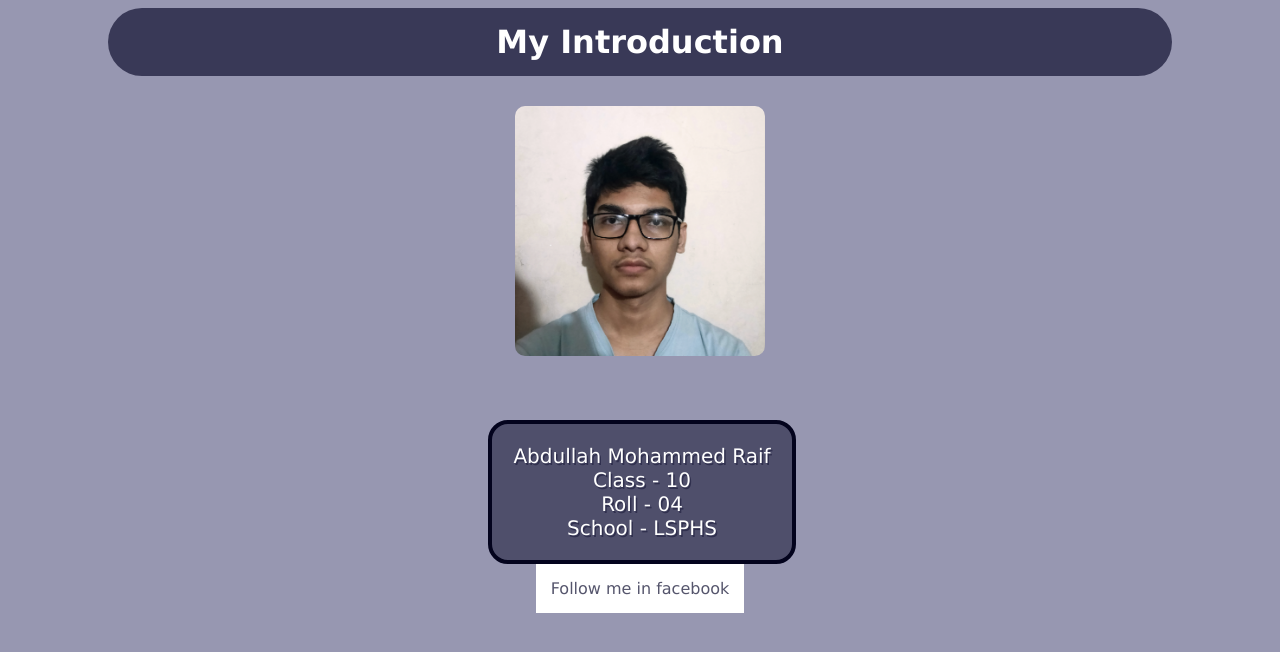
Repository: Raif-007/Portfolio
Page: index.html
The author's editor kept a copy of each file at every save. The page is drawn from the files as they stood at one save, then again after the next save.
The browser window is 1280 px wide. The pictures show the whole page.

Above is the page before, as saved 2021-07-05 17:34:37.

### index.html
<!DOCTYPE html>
<html lang="en">

<head>
    <meta charset="UTF-8">
    <meta http-equiv="X-UA-Compatible" content="IE=edge">
    <meta name="viewport" content="width=device-width, initial-scale=1.0">
    <title>Portfolio</title>
    <link rel="stylesheet" href="styles.css">
</head>

<body>

    <h1>
        My Introduction
    </h1>

    <img id="i01" src="final pic.jpg" alt="raif">


    <div>

        <p>
            Abdullah Mohammed Raif
            <br> Class - 10
            <br> Roll - 04
            <br> School - LSPHS

        </p>


    </div>


    <a href="https://www.facebook.com/raif.chy.58">Follow me in facebook</a>

</body>

</html>

### styles.css
            body {
                background-color: rgba(54, 54, 105, 0.514);
                color: #ffffff;
                font-family: Verdana, Geneva, Tahoma, sans-serif;
                text-align: center;
            }

            h1 {
                background-color: rgba(25, 25, 56, 0.74);
                padding: 15px;
                margin: 0px 100px;
                border-radius: 50px;
            }

            div {
                font-size: 20px;
                border: 4px solid rgb(3, 3, 29);
                width: 300px;
                margin-left: 480px;
                margin-top: 50px;
                background-color: rgba(25, 25, 56, 0.568);
                border-radius: 20px;
                text-shadow: 1.5px 1.5px rgba(25, 25, 56, 0.568);
                margin-bottom: 15px;
            }

            #i01 {
                width: 250px;
                height: 250px;
                margin-top: 30px;
                border-radius: 10px;
                margin-bottom: 10px;
            }

            a:link {
                background-color: #ffffff;
                color: rgba(25, 25, 56, 0.74);
                text-decoration: none;
                padding: 15px;
            }

            a:hover {}

            a:visited {}

            a:active {}

After the next save:
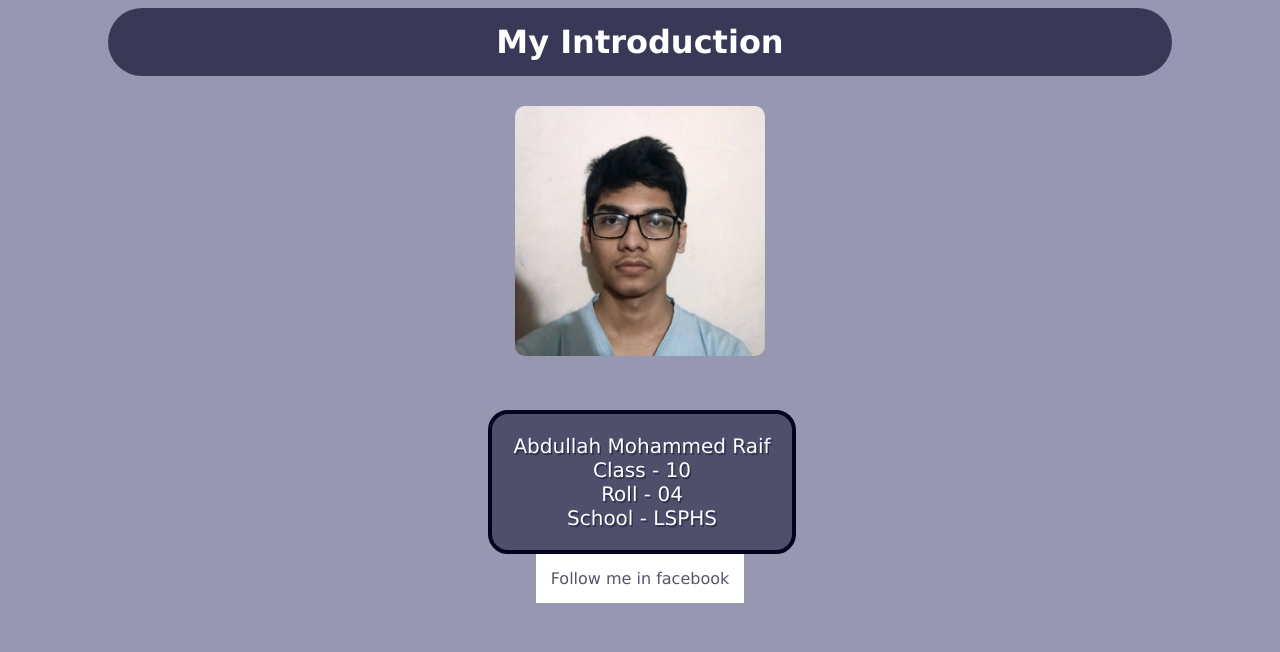
Saved 8 s later.
--- a/styles.css
+++ b/styles.css
@@ -29,7 +29,6 @@
                 height: 250px;
                 margin-top: 30px;
                 border-radius: 10px;
-                margin-bottom: 10px;
             }
 
             a:link {
